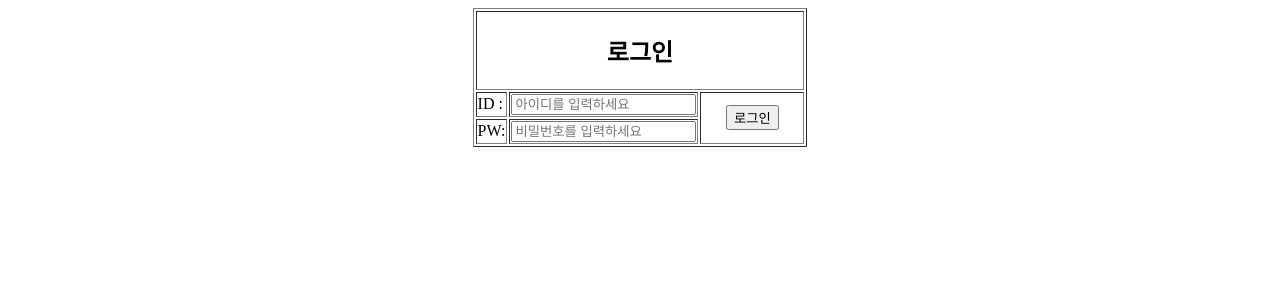
Repository: umhayun/myJSP
Page: HTML/src/main/webapp/login.html
These files come from the project's save history. The page is drawn as it stood at one moment and after the next save; the edit follows.
The browser window is 1280 px wide. The pictures show the whole page.

Above is the page before, as saved 2022-01-18 01:51:13.

### HTML/src/main/webapp/login.html
<!DOCTYPE html>
<html>
<head>
<meta charset="UTF-8">
<title>Insert title here</title>
</head>
<body>
<!--form태그는 데이터를 전송하기 위해서 사용 -->
<form action="">
<table align=center border="1">
	<tr>
		<td colspan=3 align=center><h2>로그인</h2></td>
	</tr>
	<tr>
		<td width="20">ID : </td>
		<td width="50"><input type="text" placeholder="아이디를 입력하세요"></td>
		<td width="100"rowspan=2 align=center><input type=submit value="로그인"></td>
	</tr>
	<tr>
		<td width="20">PW: </td>
		<td width="50"><input type="password" placeholder="비밀번호를 입력하세요"></td>
	</tr>

</table>
</form>

</body>
</html>

After the next save:
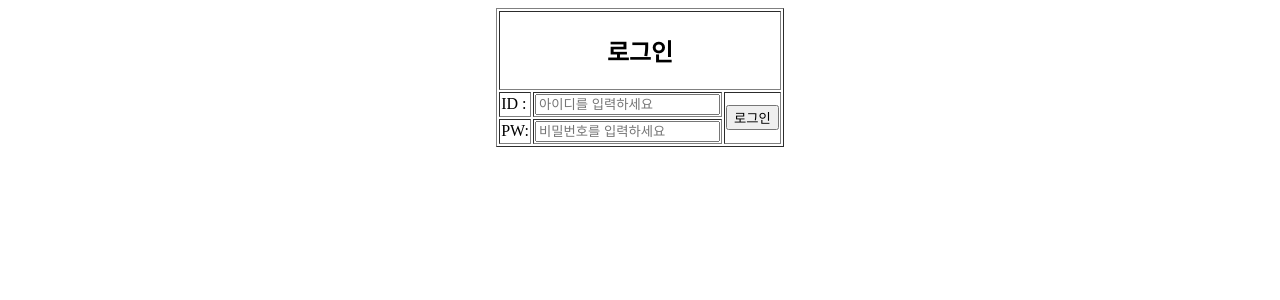
Saved 9 s later.
--- a/HTML/src/main/webapp/login.html
+++ b/HTML/src/main/webapp/login.html
@@ -14,7 +14,7 @@
 	<tr>
 		<td width="20">ID : </td>
 		<td width="50"><input type="text" placeholder="아이디를 입력하세요"></td>
-		<td width="100"rowspan=2 align=center><input type=submit value="로그인"></td>
+		<td width="50"rowspan=2 align=center><input type=submit value="로그인"></td>
 	</tr>
 	<tr>
 		<td width="20">PW: </td>
